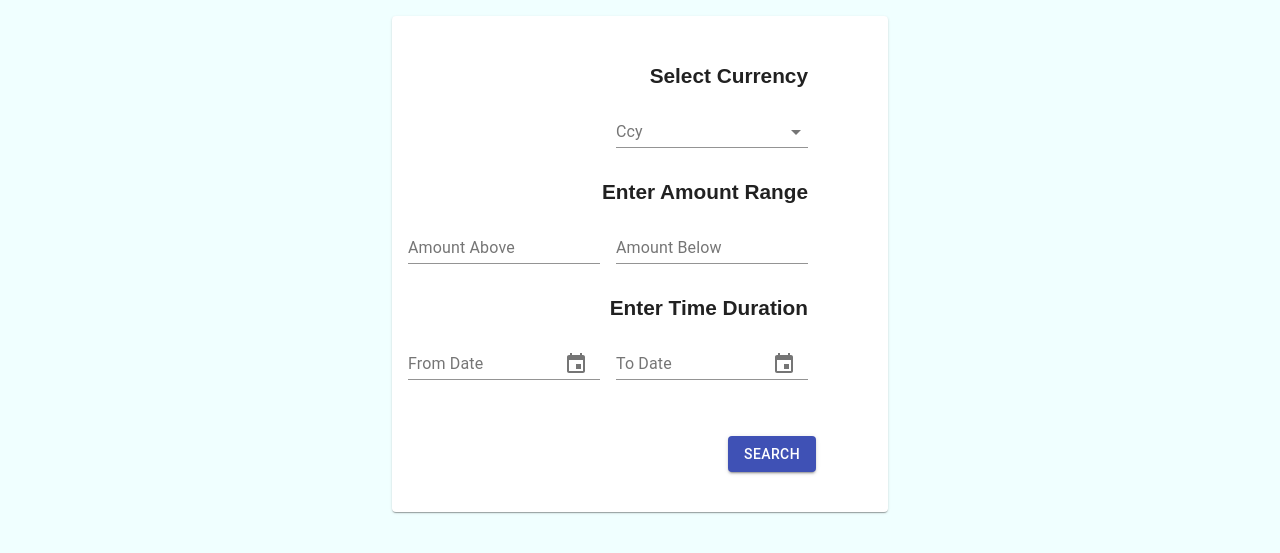
Repository: AmanullaChishty/filter
Page: /
These files come from the project's save history. The page is drawn as it stood at one moment and after the next save; the edit follows.
The browser window is 1280 px wide. The pictures show the whole page.
The project was rebuilt for these pictures with package versions that can differ from the ones it lists, and the page was loaded fresh each time. Imported but missing from the stored project, and not drawn on this page: src/reducers/simpleReducer.

Above is the page before, as saved 2020-01-26 21:53:04.

### src/index.js
import React from 'react';
import ReactDOM from 'react-dom';

// Required for Redux store setup
import { Provider } from 'react-redux'
import configureStore from './store';

import './index.css';
import App from './App';
import registerServiceWorker from './registerServiceWorker';

ReactDOM.render(
  <Provider store={configureStore()}>
    <App />
  </Provider>,
  document.getElementById('root')
);
registerServiceWorker();

### src/store.js
import { createStore, applyMiddleware } from 'redux';
import thunk from 'redux-thunk';
import rootReducer from './reducers/rootReducer';

export default function configureStore(initialState={}) {
  return createStore(
    rootReducer,
    applyMiddleware(thunk)
  );
}

### src/App.js
import React, { Component } from 'react';
import './App.css';
import GridList from './gridList'
import SearchBar from './searchBar/components/searchBar';



/**
 * @class App
 * @extends {Component}
 */
class App extends Component {



  /**
   * @memberof App
   * @summary handles button click
   */


  render() {
    return (
      <div className="App">
        <SearchBar/>
        <GridList/>
      </div>
    );
  }
}

export default App;

### src/reducers/rootReducer.js
import { combineReducers } from 'redux';
import simpleReducer from './simpleReducer';
import searchReducer from '../searchBar/reducers/searchReducer'

export default combineReducers({
  simpleReducer,
  searchReducer
});

### src/App.css
body{

  background-color: azure;
}
.App{
  text-align: center;
}

.App-logo {
  animation: App-logo-spin infinite 20s linear;
  height: 80px;
}

.App-header {
  background-color: #222;
  height: 150px;
  padding: 20px;
  color: white;
}

.App-title {
  font-size: 1.5em;
}

.App-intro {
  font-size: large;
}

@keyframes App-logo-spin {
  from { transform: rotate(0deg); }
  to { transform: rotate(360deg); }
}

### src/gridList.js
import React, { Component } from 'react';
import { connect } from 'react-redux';
import MUIDataTable from "mui-datatables";
import { getSearchCriteria, getSearchData } from './searchBar/selectors/searchSelectors';


const headers = [{ name: "invoice_id", label: "Invoice id", options: { filter: true, sort: true, } },{ name: "reference", label: "Reference", options: { filter: true, sort: true, } },
{ name: "maturity_date", label: "Maturity Date", options: { filter: true, sort: true, } },{ name: "invoice_amount", label: "Invoice Amount", options: { filter: true, sort: true, } },
{ name: "ccy", label: "CCY", options: { filter: true, sort: true, } },{ name: "buyer", label: "Buyer", options: { filter: true, sort: true, } },
{ name: "supplier", label: "Supplier", options: { filter: true, sort: true, } },{ name: "invoice_date", label: "Invoice Date", options: { filter: true, sort: true, } },]

const options = {
  filterType: "checkbox",
  responsive: "stacked",
}

class GridList extends Component {
  render() {
    const {result,seacrhedData} = this.props;

    if(seacrhedData){
      if(seacrhedData.startDate){
        let date=new Date(seacrhedData.startDate)
        let yyyy = date.getFullYear();
        let mm =date.getMonth()+1
        let dd=date.getDate();
        seacrhedData.startDate = dd+'/'+ mm +'/'+yyyy;

      }
      if(seacrhedData.endDate){
        let date=new Date(seacrhedData.endDate)
        let yyyy = date.getFullYear();
        let mm =date.getMonth()+1
        let dd=date.getDate();
        seacrhedData.endDate = dd+'/'+ mm +'/'+yyyy;

      }
    }
    const title=('Currency '+seacrhedData.ccy + ' Invoices with value between '+ seacrhedData.ccy+ ' '+ seacrhedData.lowerLimit +' - '+ seacrhedData.upperLimit +' maturing between '+seacrhedData.startDate+' and '+ seacrhedData.endDate)

    if(result.length>0){
      result.forEach(item=>{
        if(item.maturity_date){
          let date=new Date(item.maturity_date*1000)
          let yyyy = date.getFullYear();
          let mm =date.getMonth()+1
          let dd=date.getDate();
            item.maturity_date = dd+'/'+ mm +'/'+yyyy;

        }
      })
    }
    return (
     <div>
       {result.length>0?(<MUIDataTable
            title={title}
            data={result}
            columns={headers}
            options={options}

          />):null}
     </div>
    );
  }
}


const mapStateToProps=state=> {
  return {
      result: getSearchData(state),
      seacrhedData:getSearchCriteria(state)
      };
}


export default connect(mapStateToProps)(GridList);

### src/searchBar/components/searchBar.js
import React, { Component, Fragment } from 'react';
import { connect } from 'react-redux';
import { bindActionCreators } from 'redux';
import { fetchData } from '../actions/fetchData';
import { search } from '../actions/searchAction';
import { getData, getSearchData } from '../selectors/searchSelectors';
import InputLabel from '@material-ui/core/InputLabel';
import MenuItem from '@material-ui/core/MenuItem';
import FormControl from '@material-ui/core/FormControl';
import Select from '@material-ui/core/Select';
import { Grid, Card, CardContent,CardActions, Input, Button, InputAdornment } from '@material-ui/core';
import DateFnsUtils from '@date-io/date-fns';
import { KeyboardDatePicker, MuiPickersUtilsProvider } from "@material-ui/pickers";
import 'date-fns';


let ccy=''

class SearchBar extends Component {

  constructor(props){
    super(props);
    this.handleChange=this.handleChange.bind(this)
    this.setLowerLimit=this.setLowerLimit.bind(this)
    this.setUpperLimit=this.setUpperLimit.bind(this)
    this.setStartDate=this.setStartDate.bind(this)
    this.setEndDate=this.setEndDate.bind(this)
    this.submitSearch=this.submitSearch.bind(this)
    this.state = {
      ccy:'',
      lowerLimit:'',
      upperLimit:'',
      startDate:null,
      endDate:null,
      storeStartDate:null,
      storeEndDate:null

    }
  }

  componentDidMount() {

    }



  handleChange(event){
    let val = event.target.value
      this.setState({ccy:val})
  };

  setLowerLimit(event){
    let val = event.target.value
    this.setState({lowerLimit:val});
  }

  setUpperLimit(event){
    let val = event.target.value
    this.setState({upperLimit:val})

  }
  setStartDate(event){
    let val = Math.floor(event.getTime()/1000)
    this.setState({storeStartDate:val})
    this.setState({startDate:event})

  }

  setEndDate(event){
    let val = Math.floor(event.getTime()/1000)
    this.setState({storeEndDate:val})
    this.setState({endDate:event})

  }

  submitSearch(){
    const { fetchAllData,searchData } = this.props;
    fetchAllData();
    setTimeout(()=>{searchData(this.state)},100)

  }


  render() {
    const sectionGrid={ display: 'flex', justifyContent: 'end', alignItems: 'end', flexDirection: 'column', marginBottom: '2em' }
    const sectionLabel = { fontSize: '1.3em', fontWeight: 'bold', marginBottom: '-.2em' }
    const innerSection={ display: 'flex', justifyContent: 'center', alignItems: 'center', }
    const formControlStyle={ width: '12em', marginTop: '1em' }
    const formControlStyleLeft={ width: '12em', marginTop: '1em', marginLeft: '1em' }
    const {ccy,lowerLimit,upperLimit,startDate,endDate} = this.state

    return (
      <Grid style={{display:'flex',justifyContent:'center',alignItems:'center',flexDirection:'column'}}>
    <Card style={{maxWidth:400,width:'100%',padding:'2em 4em 2em 2em',margin:'1em 0'}}>
      <CardContent>
            <Grid style={sectionGrid}>
              <span style={sectionLabel}>Select Currency</span>
              <FormControl style={formControlStyle} >

                <InputLabel id="ccy">
                  Ccy
                </InputLabel>
                <Select
                  labelId="ccy"
                  id="simple-select"
                  value={ccy}
                  onChange={this.handleChange}>
                  <MenuItem value={'USD'}>USD</MenuItem>
                  <MenuItem value={'INR'}>INR</MenuItem>
                  <MenuItem value={'JPY'}>JPY</MenuItem>
                  <MenuItem value={'RYD'}>RYD</MenuItem>
                </Select>
              </FormControl>
            </Grid>

            <Grid style={sectionGrid}>
              <span style={sectionLabel}>Enter Amount Range</span>
              <Grid style={innerSection}>
                <FormControl style={formControlStyle} >

                  <InputLabel id="ccy">
                    Amount Above
                  </InputLabel>
                  <Input
                  type='number'
                  value={lowerLimit}
                  startAdornment={ccy!=''?(<InputAdornment position="start">{ccy}</InputAdornment>):null}
                  onChange={this.setLowerLimit}/>
                </FormControl>
                <FormControl style={formControlStyleLeft} >
                  <InputLabel id="ccy">
                    Amount Below
                  </InputLabel>
                  <Input
                  type='number'
                  value={upperLimit}
                  startAdornment={ccy!=''?(<InputAdornment position="start">{ccy}</InputAdornment>):null}
                  onChange={this.setUpperLimit} />
                </FormControl>
              </Grid>
            </Grid>

            <Grid style={sectionGrid}>
              <span style={sectionLabel}>Enter Time Duration</span>
              <Grid style={innerSection}>
                <FormControl style={formControlStyle} >
                  <Fragment>
                    <MuiPickersUtilsProvider utils={DateFnsUtils}>
                      <KeyboardDatePicker
                        label="From Date"
                        clearable
                        value={startDate}
                        placeholder="Select from date"
                        onChange={this.setStartDate}
                        format="dd/MM/yyyy"
                      />
                    </MuiPickersUtilsProvider>
                  </Fragment>
                </FormControl>
                <FormControl style={formControlStyleLeft} >
                <Fragment>
                    <MuiPickersUtilsProvider utils={DateFnsUtils}>
                      <KeyboardDatePicker
                        label="To Date"
                        clearable
                        value={endDate}
                        placeholder="Select end date"
                        onChange={this.setEndDate}
                        format="dd/MM/yyyy"
                      />
                    </MuiPickersUtilsProvider>
                  </Fragment>
                </FormControl>
              </Grid>
            </Grid>

      </CardContent>
      <CardActions style={{float:'right'}}>
        <Button variant="contained" color="primary" onClick={this.submitSearch}>
          Search
        </Button>
      </CardActions>
      </Card>
    </Grid>
    );
  }
}


const mapStateToProps=state=> {
    return {
        value: getSearchData(state),
        content:getData(state)
        };
  }

const mapDispatchToProps = dispatch => bindActionCreators({
    searchData: search,
    fetchAllData:fetchData,
}, dispatch)


export default connect(mapStateToProps, mapDispatchToProps)(SearchBar);

### src/searchBar/reducers/searchReducer.js
import { SEARCH, SUCCESS } from '../actions/searchAction';

const initialState = {contents: [], value: '', serachedValue: []};

export default function searchReducer(state = initialState, action) {
  switch(action.type) {
    case SUCCESS: {
      const {contents} = action;
      return {
        ...state,
        contents:contents
      };
    }
    case SEARCH: {
      const {value} = action;
      let filteredData=[value]
      const serachedData = state.contents.filter((val) => filteredData.find(
        ({ccy,lowerLimit,upperLimit,storeStartDate,storeEndDate})=>(
          val.ccy === ccy && val.invoice_amount>lowerLimit && val.invoice_amount<upperLimit && val.maturity_date>storeStartDate && val.maturity_date<storeEndDate
          )
        ));

      return {
        ...state,
        value:value,
        serachedValue:serachedData
      };
    }
    default:
      return state;
  }
}

### src/searchBar/selectors/searchSelectors.js
import { createSelector } from 'reselect';

export const getSearchData = createSelector(
    state => state.searchReducer.serachedValue,
    serachedValue => serachedValue
)

export const getSearchCriteria = createSelector(
    state => state.searchReducer.value,
    value => value
)

export const getData = createSelector(
    state => state.searchReducer.contents,
    contents=>contents
)

### src/searchBar/actions/fetchData.js
import { getData } from "./searchAction";

//https://my.api.mockaroo.com/tallydata.json?key=1e3baa20
function fetchData() {
    return dispatch => {
        fetch('data1.json')
        .then(res => res.json())
        .then(res => {
            if(res.error) {
                throw(res.error);
            }
            dispatch(getData(res));

            return res;
        })
        .catch(error => {
            alert(error);
        })
    }
}

export { fetchData };

### src/searchBar/actions/searchAction.js
export const SEARCH = 'SEARCH';
export const SUCCESS = 'SUCCESS'

export function search(value) {
  return {
      type: SEARCH,
      value:value
    };
}

export function getData(res) {
  return {
      type: SUCCESS,
      contents:res
    };
}

Loaded but not shown: public/index.html (common file); src/index.css (common file); src/registerServiceWorker.js (common file)

After the next save:
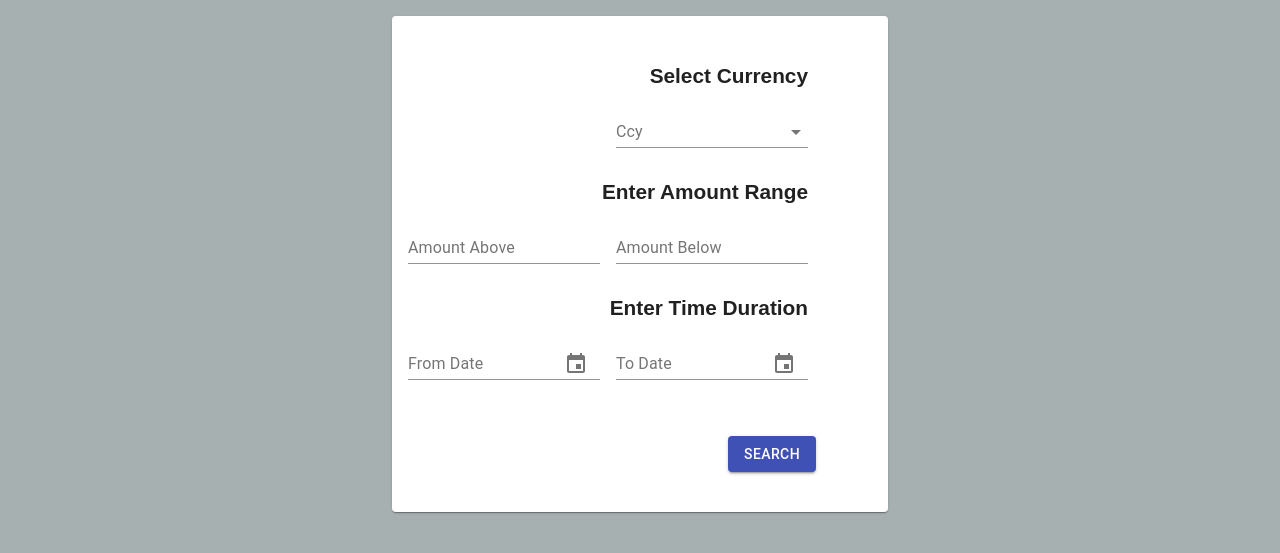
Saved 39 s later.
--- a/src/App.css
+++ b/src/App.css
@@ -1,6 +1,6 @@
 body{
 
-  background-color: azure;
+  background-color: #a7b0b0;
 }
 .App{
   text-align: center;
